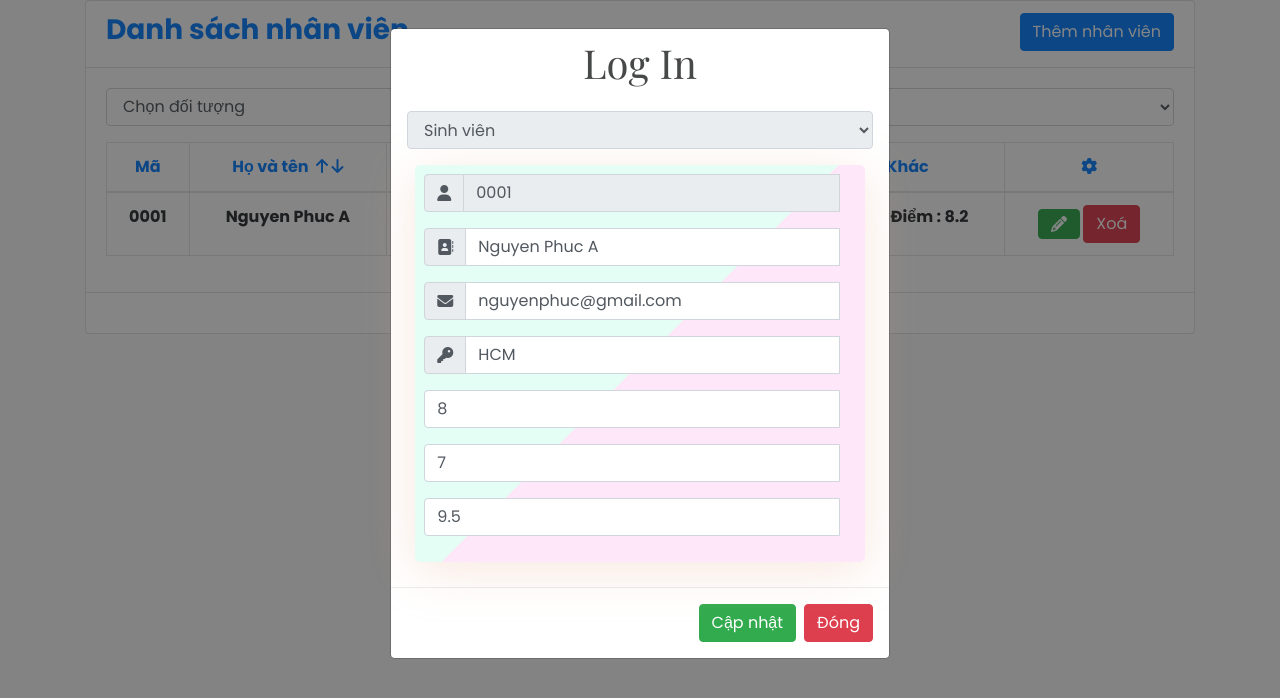
Repository: maitan0705/es6_oop
Page: index.html
These files come from the project's save history. The page is drawn as it stood at one moment and after the next save; the edit follows.
The browser window is 1280 px wide. The pictures show the whole page.
After loading, the first visible `button.fa` was clicked once.
Some web fonts or font styles are not loaded; a fallback is used.

Above is the page before, as saved 2023-04-13 07:42:29.

### index.html
<!DOCTYPE html>
<html lang="en">

<head>
	<meta charset="UTF-8">
	<meta name="viewport" content="width=device-width, initial-scale=1.0">
	<title>Quản lý nhân viên</title>

	<!-- Font Awesome -->
	<link rel="stylesheet" href="https://cdnjs.cloudflare.com/ajax/libs/font-awesome/4.7.0/css/font-awesome.min.css">

	<!-- Bootstrap 4 -->
	<link rel="stylesheet" href="css/bootstrap.min.css">

	<!-- JQuery UI -->
	<link rel="stylesheet" href="css/jquery-ui.min.css">

	<!-- Animate -->
	<!-- font awsome -->
	<link rel="stylesheet" href="https://cdnjs.cloudflare.com/ajax/libs/font-awesome/6.4.0/css/all.min.css"
		integrity="sha512-iecdLmaskl7CVkqkXNQ/ZH/XLlvWZOJyj7Yy7tcenmpD1ypASozpmT/E0iPtmFIB46ZmdtAc9eNBvH0H/ZpiBw=="
		crossorigin="anonymous" referrerpolicy="no-referrer" />
	<!-- <link rel="stylesheet" href="css/animate.css"> -->

	<!-- My CSS -->
	<link rel="stylesheet" href="css/modal.css">

	<link rel="stylesheet" href="css/style4.css">

	<link rel="stylesheet" type="text/css" href="css/main.css">
</head>

<body>

	<div class="container">
		<div class="card text-center">
			<!-- Header -->
			<div class="card-header myCardHeader">
				<div class="row">
					<div class="col-md-6">
						<h3 class="text-left text-primary font-weight-bold">Danh sách nhân viên</h3>
					</div>
					<div class="col-md-6 text-right">
						<button type="submit" class="btn btn-primary" id="btnThem" data-toggle="modal" data-target="#myModal">Thêm
							nhân viên</button>
					</div>
				</div>
			</div>

			<!-- Body -->
			<div class="card-body">
				<div class="row mb-3">
					<div class="col">
						<div class="input-group">
							<select class="form-control" id="findUser">
								<option value="">Chọn đối tượng</option>
								<option value="student">Sinh viên</option>
								<option value="employee">Nhân viên</option>
								<option value="customer">Khách hàng</option>
							</select>
						</div>
					</div>
				</div>
				<table class="table table-bordered table-hover myTable">
					<thead class="text-primary">
						<tr>
							<th>Mã</th>
							<th class="nowrap">
								<span class="mr-1">Họ và tên</span>
								<i class="fa fa-arrow-up" id="tang"></i>
								<i class="fa fa-arrow-down" id="giam"></i>
							</th>
							<th>Email</th>
							<th>Địa Chỉ</th>
							<th>Khác</th>
							<th><em class="fa fa-cog"></em></th>
						</tr>
					</thead>
					<tbody id="tableDanhSach">

					</tbody>
				</table>
			</div>

			<!-- Footer -->
			<div class="card-footer myCardFooter">
				<nav>
					<ul class="pagination justify-content-center" id="ulPhanTrang">

					</ul>
				</nav>
			</div>
		</div>
	</div>

	</div>
	</div>


	<!-- The Modal -->
	<div class="modal fade" id="myModal">
		<div class="modal-dialog">
			<div class="modal-content">

				<header class="head-form mb-0">
					<h2 id="header-title">Log In</h2>
				</header>

				<!-- Modal Header -->
				<!-- 	<div class="modal-header">
					<h4 class="modal-title" id="modal-title">Modal Heading</h4>
					<button type="button" class="close" data-dismiss="modal">&times;</button>
				</div> -->

				<!-- Modal body -->
				<div class="modal-body">
					<div class="form-group">
						<div class="input-group">
							<select class="form-control" id="doiTuong">
								<option value="student">Sinh viên</option>
								<option value="employee">Nhân viên</option>
								<option value="customer">Khách hàng</option>
							</select>
						</div>
					</div>

					<form role="form" id="myForm">
						<div class="form-group">
							<div class="input-group">
								<div class="input-group-prepend">
									<span class="input-group-text"><i class="fa fa-user"></i></span>
								</div>
								<input type="text" id="ma" class="form-control input-sm" placeholder=" Mã">
								<span class="text-success m-auto px-2" id="error-tbMa"></span>
							</div>
							<span class="sp-thongbao" id="tbMa"></span>
						</div>

						<div class="form-group">
							<div class="input-group">
								<div class="input-group-prepend">
									<span class="input-group-text"><i class="fa fa-address-book"></i></span>
								</div>
								<input type="text" id="hoTen" class="form-control input-sm" placeholder="Họ và tên">
								<span class="text-success m-auto px-2" id="error-tbTen"></span>
							</div>
							<span class="sp-thongbao" id="tbTen"></span>
						</div>

						<div class="form-group">
							<div class="input-group ">
								<div class="input-group-prepend">
									<span class="input-group-text"><i class="fa fa-envelope"></i></span>
								</div>
								<input type="email" id="email" class="form-control input-sm" placeholder="Email">
								<span class="text-success m-auto px-2" id="error-tbEmail"></span>
							</div>
							<span class="sp-thongbao" id="tbEmail"></span>
						</div>

						<div class="form-group">
							<div class="input-group">
								<div class="input-group-prepend">
									<span class="input-group-text"><i class="fa fa-key"></i></span>
								</div>
								<input type="text" id="diaChi" class="form-control input-sm" placeholder="Địa Chỉ">
								<span class="text-success m-auto px-2" id="error-tbDiaChi"></span>
							</div>
							<span class="sp-thongbao" id="tbDiaChi"></span>
						</div>
						<div id="bodyfrom"></div>

					</form>
				</div>

				<!-- Modal footer -->
				<div class="modal-footer" id="modal-footer">
					<button id="btnThemNV" type="button" class="btn btn-success">Thêm người dùng</button>
					<button id="btnCapNhat" type="button" class="btn btn-success">Cập nhật</button>
					<button id="btnDong" type="button" class="btn btn-danger" data-dismiss="modal">Đóng</button>
				</div>

			</div>
		</div>
	</div>

	<!-- Bootstrap -->
	<script src="js/jquery.min.js"></script>
	<script type="text/javascript" src="js/jquery.easing.min.js"></script>
	<script type="text/javascript" src="js/popper.min.js"></script>
	<script type="text/javascript" src="js/bootstrap.min.js"></script>

	<!-- Date Picker -->
	<!-- <script src="js/jquery-ui.min.js"></script> -->
	<script src="./js/jquery-ui.js"></script>
	<script src="js/datepicker.js"></script>

	<!-- Wow -->
	<!-- <script src="js/wow.min.js"></script>
	<script>
		new WOW().init();
	</script>  -->

	<!-- <script src="js/modal.js"></script> -->


	<script type="text/javascript">
		$(document).ready(function () {
			$('#sidebarCollapse').on('click', function () {
				$('#sidebar').toggleClass('active');
			});
		});
	</script>
	<!-- <script src="./util/validation.js"></script> -->

	<!-- <script src="./util/nhanVien.js"></script> -->
	<script type="module" src="./controllers/index.js"></script>
</body>

</html>

### css/modal.css
/* Fonts Form Google Font ::- https://fonts.google.com/  -:: */
@import url('https://fonts.googleapis.com/css?family=Abel|Abril+Fatface|Alegreya|Arima+Madurai|Dancing+Script|Dosis|Merriweather|Oleo+Script|Overlock|PT+Serif|Pacifico|Playball|Playfair+Display|Share|Unica+One|Vibur');
/* End Fonts */
/* Start Global rules */
* {
    padding: 0;
    margin: 0;
    box-sizing: border-box;
}
/* End Global rules */

/* Start body rules */
body {
    background-image: linear-gradient(-225deg, #E3FDF5 0%, #FFE6FA 100%);
background-image: linear-gradient(to top, #a8edea 0%, #fed6e3 100%);
background-attachment: fixed;
  background-repeat: no-repeat;

    font-family: 'Vibur', cursive;
/*   the main font */
    font-family: 'Abel', sans-serif;
opacity: .95;
/* background-image: linear-gradient(to top, #d9afd9 0%, #97d9e1 100%); */
}



/* |||||||||||||||||||||||||||||||||||||||||||||*/
/* //////////////////////////////////////////// */




/* End body rules */

/* Start form  attributes */
form {
    width: 450px;
    /*min-height: 500px;*/
    height: auto;
    border-radius: 5px;
    margin: 2% auto;
    box-shadow: 0 9px 50px hsla(20, 67%, 75%, 0.31);
    padding: 2%;
    background-image: linear-gradient(-225deg, #E3FDF5 50%, #FFE6FA 50%);
}
/* form Container */
form .con {
    display: -webkit-flex;
    display: flex;

    -webkit-justify-content: space-around;
    justify-content: space-around;

    -webkit-flex-wrap: wrap;
    flex-wrap: wrap;

      margin: 0 auto;
}

/* the header form form */
header {
    margin: 2% auto 10% auto;
    text-align: center;
}
/* Login title form form */
header h2 {
    font-size: 250%;
    font-family: 'Playfair Display', serif;
    color: #3e403f;
}
/*  A welcome message or an explanation of the login form */
header p {letter-spacing: 0.05em;}



/* //////////////////////////////////////////// */
/* //////////////////////////////////////////// */


.input-item {
    background: #fff;
    color: #333;
    padding: 14.5px 0px 15px 9px;
    border-radius: 5px 0px 0px 5px;
}



/* Show/hide password Font Icon */
#eye {
    background: #fff;
    color: #333;

    margin: 5.9px 0 0 0;
    margin-left: -20px;
    padding: 15px 9px 19px 0px;
    border-radius: 0px 5px 5px 0px;

    float: right;
    position: relative;
    right: 1%;
    top: -.2%;
    z-index: 5;

    cursor: pointer;
}
/* inputs form  */
input[class="form-input"]{
    width: 240px;
    height: 50px;

    margin-top: 2%;
    padding: 15px;

    font-size: 16px;
    font-family: 'Abel', sans-serif;
    color: #5E6472;

    outline: none;
    border: none;

    border-radius: 0px 5px 5px 0px;
    transition: 0.2s linear;

}
input[id="txt-input"] {width: 250px;}
/* focus  */
input:focus {
    transform: translateX(-2px);
    border-radius: 5px;
}

/* //////////////////////////////////////////// */
/* //////////////////////////////////////////// */

/* input[type="text"] {min-width: 250px;} */
/* buttons  */

/* Submits */
.submits {
    width: 48%;
    display: inline-block;
    float: left;
    margin-left: 2%;
}

/*       Forgot Password button FAF3DD  */
.frgt-pass {background: transparent;}

/*     Sign Up button  */
.sign-up {background: #B8F2E6;}


/* buttons hover */
button:hover {
    transform: translatey(3px);
    box-shadow: none;
}

/* buttons hover Animation */
button:hover {
    animation: ani9 0.4s ease-in-out infinite alternate;
}
@keyframes ani9 {
    0% {
        transform: translateY(3px);
    }
    100% {
        transform: translateY(5px);
    }
}

### css/style4.css
/*
    DEMO STYLE
*/
@import "https://fonts.googleapis.com/css?family=Poppins:300,400,500,600,700";


body {
    font-family: 'Poppins', sans-serif;
    background: #fafafa;
}

p {
    font-family: 'Poppins', sans-serif;
    font-size: 1.1em;
    font-weight: 300;
    line-height: 1.7em;
    color: #999;
}

a, a:hover, a:focus {
    color: inherit;
    text-decoration: none;
    transition: all 0.3s;
}

.navbar {
    padding: 15px 10px;
    background: #fff;
    border: none;
    border-radius: 0;
    margin-bottom: 40px;
    box-shadow: 1px 1px 3px rgba(0, 0, 0, 0.1);
}

.navbar-btn {
    box-shadow: none;
    outline: none !important;
    border: none;
}

.line {
    width: 100%;
    height: 1px;
    border-bottom: 1px dashed #ddd;
    margin: 40px 0;
}

i, span {
    display: inline-block;
}

/* ---------------------------------------------------
    SIDEBAR STYLE
----------------------------------------------------- */
.wrapper {
    display: flex;
    align-items: stretch;
}

#sidebar {
    min-width: 250px;
    max-width: 250px;
    background: #7386D5;
    color: #fff;
    transition: all 0.3s;
}

#sidebar.active {
    min-width: 80px;
    max-width: 80px;
    text-align: center;
}

#sidebar.active .sidebar-header h3, #sidebar.active .CTAs {
    display: none;
}

#sidebar.active .sidebar-header strong {
    display: block;
}

#sidebar ul li a {
    text-align: left;
}

#sidebar.active ul li a {
    padding: 20px 10px;
    text-align: center;
    font-size: 0.85em;
}

#sidebar.active ul li a i {
    margin-right:  0;
    display: block;
    font-size: 1.8em;
    margin-bottom: 5px;
}

#sidebar.active ul ul a {
    padding: 10px !important;
}

#sidebar.active a[aria-expanded="false"]::before, #sidebar.active a[aria-expanded="true"]::before {
    top: auto;
    bottom: 5px;
    right: 50%;
    -webkit-transform: translateX(50%);
    -ms-transform: translateX(50%);
    transform: translateX(50%);
}

#sidebar .sidebar-header {
    padding: 20px;
    background: #6d7fcc;
}

#sidebar .sidebar-header strong {
    display: none;
    font-size: 1.8em;
}

#sidebar ul.components {
    padding: 20px 0;
    border-bottom: 1px solid #47748b;
}

#sidebar ul li a {
    padding: 10px;
    font-size: 1.1em;
    display: block;
}
#sidebar ul li a:hover {
    color: #7386D5;
    background: #fff;
}
#sidebar ul li a i {
    margin-right: 10px;
}

#sidebar ul li.active > a, a[aria-expanded="true"] {
    color: #fff;
    background: #6d7fcc;
}


a[data-toggle="collapse"] {
    position: relative;
}

a[aria-expanded="false"]::before, a[aria-expanded="true"]::before {
    content: '\e259';
    display: block;
    position: absolute;
    right: 20px;
    font-family: 'Glyphicons Halflings';
    font-size: 0.6em;
}
a[aria-expanded="true"]::before {
    content: '\e260';
}


ul ul a {
    font-size: 0.9em !important;
    padding-left: 30px !important;
    background: #6d7fcc;
}

ul.CTAs {
    padding: 20px;
}

ul.CTAs a {
    text-align: center;
    font-size: 0.9em !important;
    display: block;
    border-radius: 5px;
    margin-bottom: 5px;
}

a.download {
    background: #fff;
    color: #7386D5;
}

a.article, a.article:hover {
    background: #6d7fcc !important;
    color: #fff !important;
}



/* ---------------------------------------------------
    CONTENT STYLE
----------------------------------------------------- */
#content {
    padding: 20px;
    min-height: 100vh;
    transition: all 0.3s;
}


/* ---------------------------------------------------
    MEDIAQUERIES
----------------------------------------------------- */
@media (max-width: 768px) {
    #sidebar {
        min-width: 80px;
        max-width: 80px;
        text-align: center;
        margin-left: -80px !important ;
    }
    a[aria-expanded="false"]::before, a[aria-expanded="true"]::before {
        top: auto;
        bottom: 5px;
        right: 50%;
        -webkit-transform: translateX(50%);
        -ms-transform: translateX(50%);
        transform: translateX(50%);
    }
    #sidebar.active {
        margin-left: 0 !important;
    }

    #sidebar .sidebar-header h3, #sidebar .CTAs {
        display: none;
    }

    #sidebar .sidebar-header strong {
        display: block;
    }

    #sidebar ul li a {
        padding: 20px 10px;
    }

    #sidebar ul li a span {
        font-size: 0.85em;
    }
    #sidebar ul li a i {
        margin-right:  0;
        display: block;
    }

    #sidebar ul ul a {
        padding: 10px !important;
    }

    #sidebar ul li a i {
        font-size: 1.3em;
    }
    #sidebar {
        margin-left: 0;
    }
    #sidebarCollapse span {
        display: none;
    }
}
.sp-thongbao{
    font-size: 14px;
    display: block !important;
}

### controllers/index.js
import { Student, Employee, Customer } from "../models/Person.js";
import { ListPerson } from "../models/ListPerson.js";
import { renderForm } from "../util/render.js";
import { Validation } from "../models/validation.js";
let listPerson = new ListPerson();

document.querySelector("#btnThem").addEventListener("click", () => {
  renderForm();
});

document.querySelector("#doiTuong").addEventListener("change", (e) => {
  let personUser = e.target.value;
  switch (personUser) {
    case "student":
      renderForm(personUser);
      break;
    case "employee":
      renderForm(personUser);
      break;
    default:
      renderForm(personUser);
  }
});
const student1 = new Student(
  "0001",
  "Nguyen Phuc A",
  "HCM",
  "nguyenphuc@gmail.com",
  "8",
  "7",
  "9.5"
);
listPerson.themDoiTuong(student1);
listPerson.get();
listPerson.renderTable("#tableDanhSach");



document.querySelector("#btnThemNV").onclick = () => {
  let personUser = document.querySelector("#doiTuong").value;
  switch (personUser) {
    case "student":
      {
        let student = new Student();
        let arrinput = document.querySelectorAll(".input-group input");
        for (let input of arrinput) {
          let { id, value } = input;
          student[id] = value;
        }
        listPerson.themDoiTuong(student);
        listPerson.renderTable("#tableDanhSach");
        listPerson.save();
      }
      break;
    case "employee":
      {
        let employee = new Employee();
        let arrinput = document.querySelectorAll(".input-group input");
        for (let input of arrinput) {
          let { id, value } = input;
          employee[id] = value;
        }
        listPerson.themDoiTuong(employee);
        listPerson.renderTable("#tableDanhSach");
        listPerson.save();
      }
      break;
    case "customer":
      {
        let arrinput = document.querySelectorAll(".input-group input");
        let customer = new Customer();
        for (let input of arrinput) {
          let { id, value } = input;
          customer[id] = value;
        }
        listPerson.themDoiTuong(customer);
        listPerson.renderTable("#tableDanhSach");
        listPerson.save();
      }
      break;
  }
};
window.xoaDoiTuong = function (ma) {
  listPerson.deleteDT(ma);
  listPerson.renderTable("#tableDanhSach");
  listPerson.save();
};
window.suaDoiTuong = (ma) => {
  let info = listPerson.layThongtin(ma);
  switch (info.class) {
    case "student":
      renderForm(info.class);
      document.querySelector("#doiTuong").value = info.class;
      break;
    case "employee":
      renderForm(info.class);
      document.querySelector("#doiTuong").value = info.class;
      break;
    default:
      renderForm(info.class);
      document.querySelector("#doiTuong").value = info.class;
  }
  if (info) {
    let arrinput = document.querySelectorAll(".input-group input");
    for (let input of arrinput) {
      let { id } = input;
      input.value = info[id];
    }
  }
  document.querySelector('#ma').disabled = 'true';
  document.querySelector("#doiTuong").disabled = 'true'
  document.querySelector("#btnThemNV").style.display = "none";
  document.querySelector("#btnCapNhat").style.display = "inline";
};
document.querySelector("#btnThem").onclick = () => {
  document.querySelector('#myForm').reset();

  document.querySelector("#btnCapNhat").style.display = "none";
  document.querySelector("#btnThemNV").style.display = "inline";
  renderForm()
};

document.querySelector('#btnCapNhat').onclick = () => {
    let personUser = document.querySelector("#doiTuong").value;
    switch (personUser) {
      case "student":
        {
          let student = new Student();
          let arrinput = document.querySelectorAll(".input-group input");
          for (let input of arrinput) {
            let { id, value } = input;
            student[id] = value;
          }
          listPerson.update(student);
          listPerson.renderTable("#tableDanhSach");
          listPerson.save();
        }
        break;
      case "employee":
        {
          let employee = new Employee();
          let arrinput = document.querySelectorAll(".input-group input");
          for (let input of arrinput) {
            let { id, value } = input;
            employee[id] = value;
          }
          listPerson.update(employee);
          listPerson.renderTable("#tableDanhSach");
          listPerson.save();
        }
        break;
      case "customer":
        {
          let arrinput = document.querySelectorAll(".input-group input");
          let customer = new Customer();
          for (let input of arrinput) {
            let { id, value } = input;
            customer[id] = value;
          }
          listPerson.update(customer);
          listPerson.renderTable("#tableDanhSach");
          listPerson.save();
        }
        break;
    }
    document.querySelector('#myForm').reset();

};
document.querySelector('#tang').addEventListener('click', () => {
  console.log('click');
  listPerson.sortName(listPerson.danhSach,1);
  listPerson.renderTable('#tableDanhSach');
  listPerson.save();
});
document.querySelector('#giam').addEventListener('click', () => {
    listPerson.sortName(listPerson.danhSach, -1);
    listPerson.renderTable('#tableDanhSach');
    listPerson.save();
});

document.querySelector('#findUser').addEventListener('change', (e) => {
  let user = e.target.value;
  let filterList =listPerson.filterUser(user);
  listPerson.renderTableUser('#tableDanhSach',filterList);
});

### models/Person.js
export class Person {
    constructor(ma, hoTen, diaChi, email) {
        this.ma = ma;
        this.hoTen = hoTen;
        this.diaChi = diaChi;
        this.email = email;
    }
}

export class Student extends Person {
    constructor(ma, hoTen, diaChi, email, toan, ly, hoa) {
        super(ma, hoTen, diaChi, email);
        this.toan =toan;
        this.ly =ly;
        this.hoa =hoa;
        this.class = 'student'
    }
    tinhDiemTrungBinh() {
        const diemTrungBinh = (Number(this.toan) + Number(this.ly) + Number(this.hoa)) / 3;
        return diemTrungBinh.toFixed(1)
    }


}

export class Employee extends Person {
    constructor(ma, hoTen, diaChi, email, ngayLam, luong) {
        super(ma, hoTen, diaChi, email);
        this.ngayLam = +ngayLam;
        this.luong = +luong;
        this.class = 'employee'
    }

    tinhLuong() {
        return this.ngayLam * this.luong;
    }


}

export class Customer extends Person {
    constructor(ma, hoTen, diaChi, email, tenCongTy, hoaDon, danhGia) {
        super(ma, hoTen, diaChi, email);
        this.tenCongTy = tenCongTy;
        this.hoaDon = +hoaDon;
        this.danhGia = danhGia;
        this.class = 'customer'
    }


}

Loaded but not shown: css/bootstrap.min.css (library); css/jquery-ui.min.css (library); css/main.css (common file); js/jquery.min.js (library); js/jquery.easing.min.js (common file); js/popper.min.js (library); js/bootstrap.min.js (library); js/jquery-ui.js (library); js/datepicker.js (common file); models/validation.js (122 lines, source omitted); models/ListPerson.js (140 lines, source omitted); util/render.js (82 lines, source omitted)

After the next save:
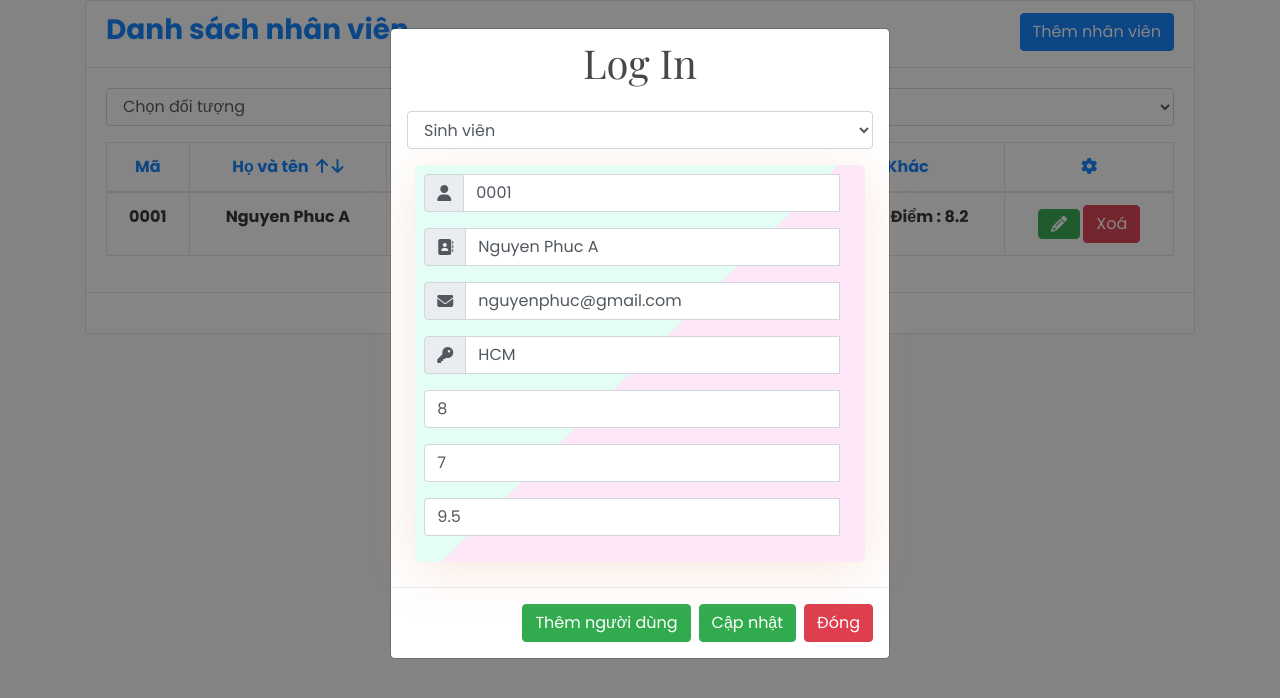
Saved 39 s later.
--- a/controllers/index.js
+++ b/controllers/index.js
@@ -107,10 +107,7 @@ window.suaDoiTuong = (ma) => {
       input.value = info[id];
     }
   }
-  document.querySelector('#ma').disabled = 'true';
-  document.querySelector("#doiTuong").disabled = 'true'
-  document.querySelector("#btnThemNV").style.display = "none";
-  document.querySelector("#btnCapNhat").style.display = "inline";
+
 };
 document.querySelector("#btnThem").onclick = () => {
   document.querySelector('#myForm').reset();

After the 3 saves that followed:
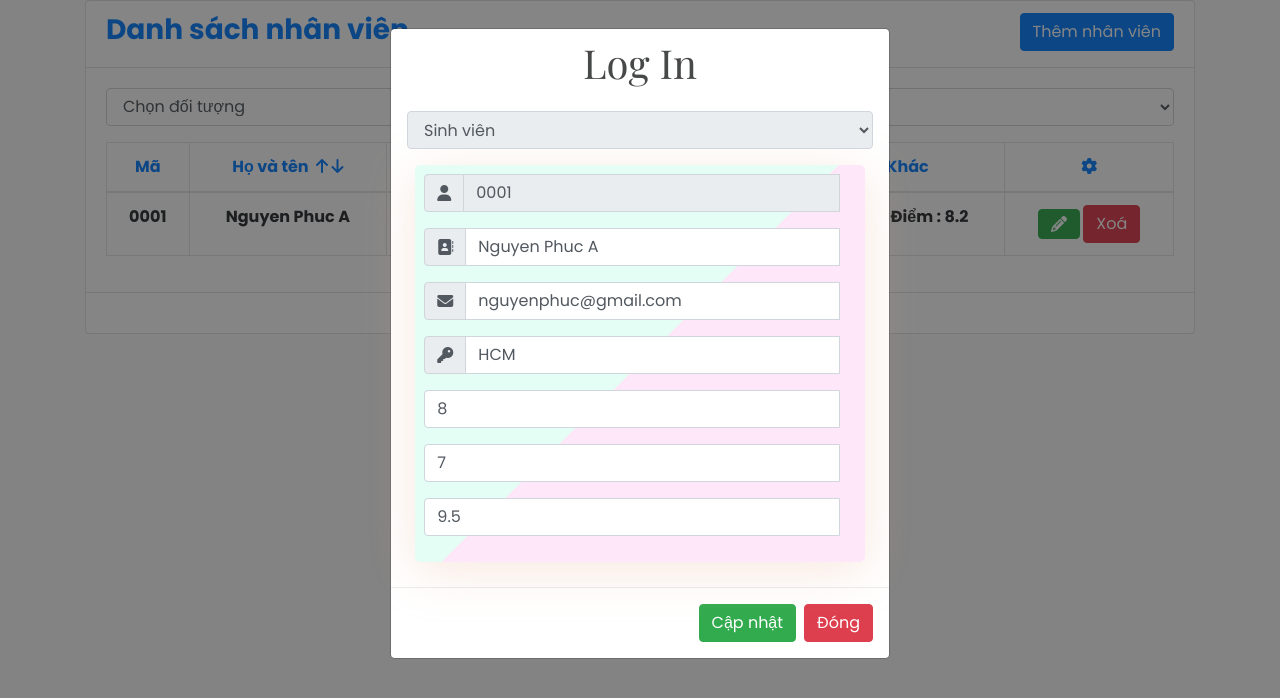
The 3 saves are shown as one change because they came seconds apart.
The last was saved 11 s later.
--- a/controllers/index.js
+++ b/controllers/index.js
@@ -86,6 +86,11 @@ window.xoaDoiTuong = function (ma) {
   listPerson.save();
 };
 window.suaDoiTuong = (ma) => {
+  document.querySelector('#ma').disabled = 'true';
+  document.querySelector("#doiTuong").disabled = 'true'
+  document.querySelector("#btnThemNV").style.display = "none";
+  document.querySelector("#btnCapNhat").style.display = "inline";
+
   let info = listPerson.layThongtin(ma);
   switch (info.class) {
     case "student":
